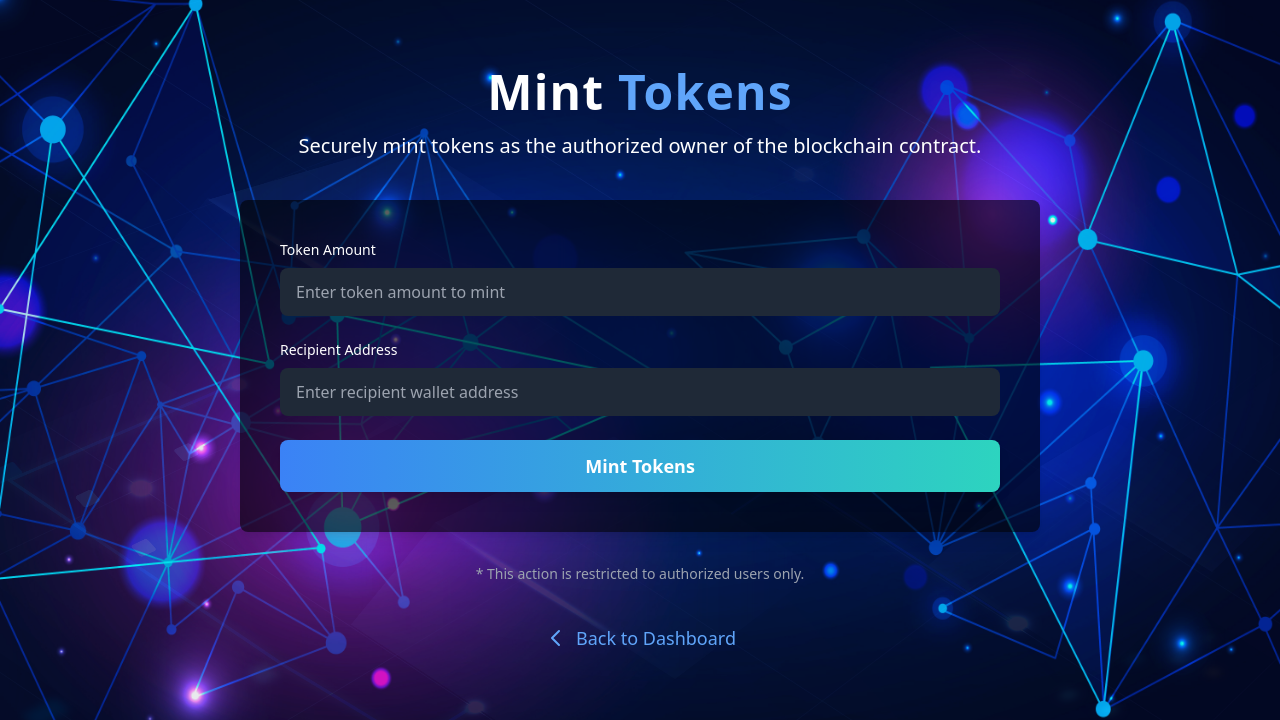
Repository: gloriousnetworker/project-osaa
Page: /mint
These files come from the project's save history. The page is drawn as it stood at one moment and after the next save; the edit follows.
The browser window is 1280 px wide. The pictures show the whole page.
The project was rebuilt for these pictures with package versions that can differ from the ones it lists, and the page was loaded fresh each time. Also part of the build but not shown: vite.config.js, src/pages/Home.jsx, src/pages/Transfer.jsx, src/pages/Balance.jsx.

Above is the page before, as saved 2025-01-18 08:45:12.

After the next save:
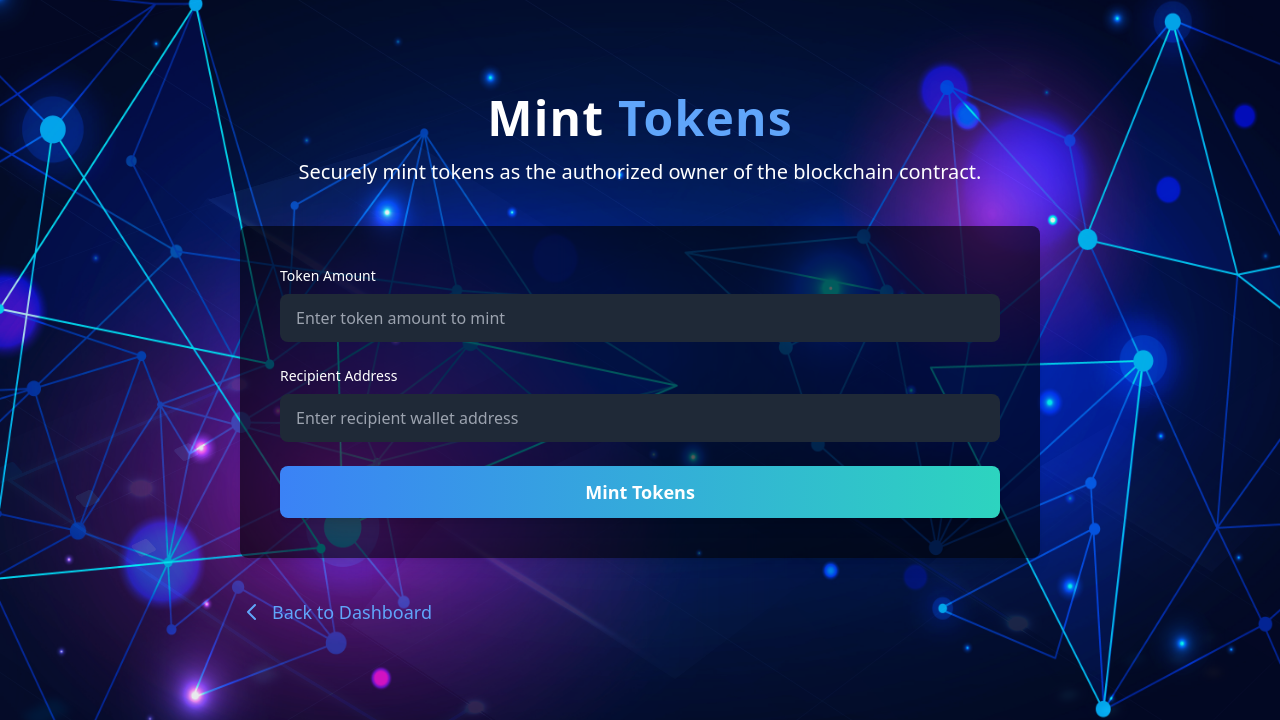
Saved 2 min 0 s later.
--- a/src/pages/Mint.jsx
+++ b/src/pages/Mint.jsx
@@ -1,39 +1,33 @@
 import React, { useState } from "react";
 import { toast, ToastContainer } from "react-toastify";
 import "react-toastify/dist/ReactToastify.css";
-import { useRouter } from "next/router"; // If you're using Next.js for navigation
+import { useRouter } from "next/router";
 
 const MintTokens = () => {
   const [amount, setAmount] = useState("");
   const [recipient, setRecipient] = useState("");
-  const router = useRouter(); // For navigation back to the dashboard
+  const router = useRouter();
 
   // Handle form submission
   const handleSubmit = (e) => {
     e.preventDefault();
-    console.log("Form submitted");
 
-    // Simulate minting logic (replace with actual blockchain logic)
     if (amount > 0 && recipient) {
-      // Successful minting
+      // Simulate successful minting
       toast.success("Tokens successfully minted!", {
         position: "bottom-right",
-        className: "toast-success",
-        bodyClassName: "toast-body",
         autoClose: 5000,
       });
 
-      // Reset form fields after a short delay
+      // Reset the form after a delay
       setTimeout(() => {
         setAmount("");
         setRecipient("");
       }, 5000);
     } else {
-      // Failure
+      // Show error toast
       toast.error("Failed to mint tokens. Check your inputs.", {
         position: "bottom-right",
-        className: "toast-error",
-        bodyClassName: "toast-body",
         autoClose: 5000,
       });
     }
@@ -41,12 +35,12 @@
 
   return (
     <div className="min-h-screen flex flex-col items-center justify-center bg-animation relative">
-      {/* Overlay for readability */}
+      {/* Background Overlay */}
       <div className="absolute top-0 left-0 w-full h-full bg-black bg-opacity-50 -z-10"></div>
 
       {/* Content Section */}
       <div className="z-10 text-center text-white px-6 lg:px-12 max-w-4xl w-full">
-        {/* Page Header */}
+        {/* Header */}
         <h1 className="text-4xl lg:text-5xl font-bold tracking-wide mb-4">
           Mint <span className="text-blue-400">Tokens</span>
         </h1>
@@ -56,8 +50,8 @@
 
         {/* Mint Form */}
         <form
+          onSubmit={handleSubmit}
           className="bg-black bg-opacity-60 p-6 lg:p-10 rounded-lg shadow-lg"
-          onSubmit={handleSubmit}
         >
           {/* Token Amount */}
           <div className="mb-6">
@@ -108,37 +102,32 @@
           </button>
         </form>
 
-        {/* Notes Section */}
-        <p className="mt-8 text-sm text-gray-400">
-          * This action is restricted to authorized users only.
-        </p>
+        {/* Back to Dashboard */}
+        <div className="mt-10 text-center">
+          <button
+            onClick={() => router.push("/")} // Replace with your actual dashboard route
+            className="text-blue-400 hover:text-blue-600 flex items-center justify-center space-x-2 text-lg font-medium transition"
+          >
+            <svg
+              xmlns="http://www.w3.org/2000/svg"
+              fill="none"
+              viewBox="0 0 24 24"
+              strokeWidth={2}
+              stroke="currentColor"
+              className="w-6 h-6"
+            >
+              <path
+                strokeLinecap="round"
+                strokeLinejoin="round"
+                d="M15 19l-7-7 7-7"
+              />
+            </svg>
+            <span>Back to Dashboard</span>
+          </button>
+        </div>
       </div>
 
-      {/* Back to Dashboard */}
-      <div className="mt-10 z-10 text-center">
-        <button
-          onClick={() => router.push("/")} // Replace '/' with the dashboard route if different
-          className="text-blue-400 hover:text-blue-600 flex items-center justify-center space-x-2 text-lg font-medium transition"
-        >
-          <svg
-            xmlns="http://www.w3.org/2000/svg"
-            fill="none"
-            viewBox="0 0 24 24"
-            strokeWidth={2}
-            stroke="currentColor"
-            className="w-6 h-6"
-          >
-            <path
-              strokeLinecap="round"
-              strokeLinejoin="round"
-              d="M15 19l-7-7 7-7"
-            />
-          </svg>
-          <span>Back to Dashboard</span>
-        </button>
-      </div>
-
-      {/* Toastr Container */}
+      {/* Toast Container */}
       <ToastContainer
         position="bottom-right"
         autoClose={5000}
@@ -150,7 +139,6 @@
         draggable
         pauseOnHover
         theme="dark"
-        className="z-50"
       />
     </div>
   );

After the save that followed:
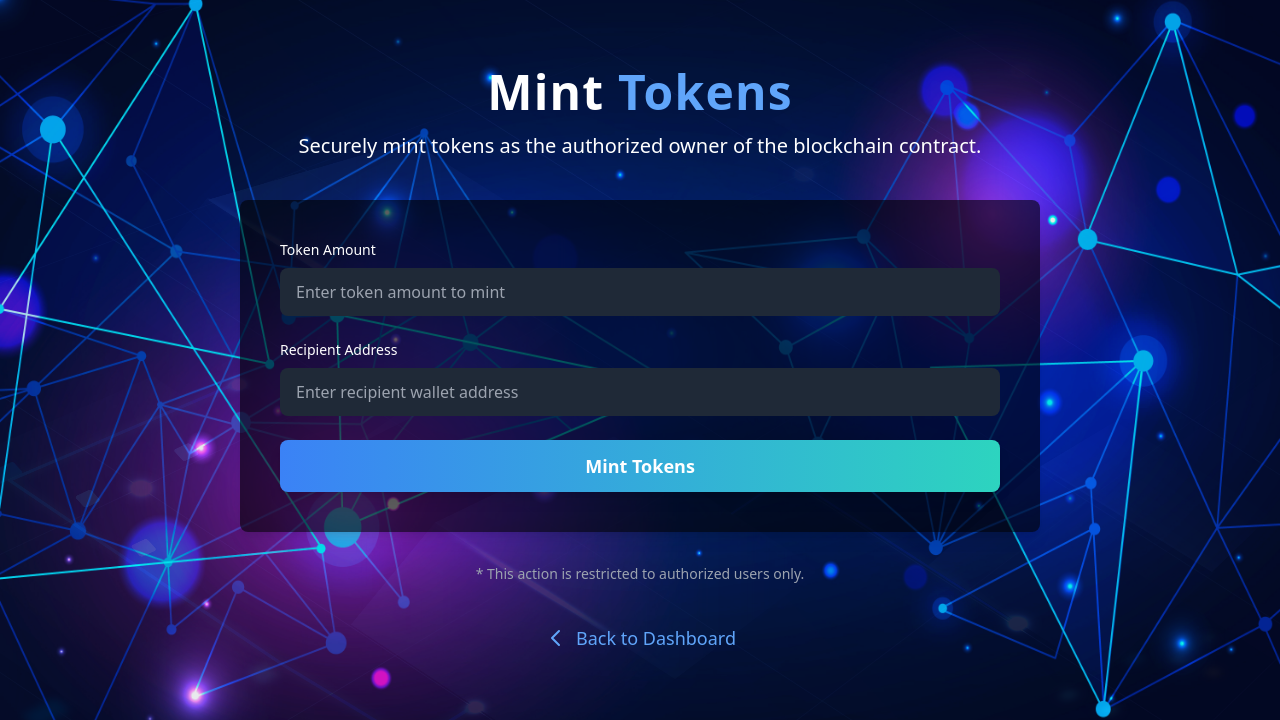
Saved 12 s later.
--- a/src/pages/Mint.jsx
+++ b/src/pages/Mint.jsx
@@ -1,33 +1,39 @@
 import React, { useState } from "react";
 import { toast, ToastContainer } from "react-toastify";
 import "react-toastify/dist/ReactToastify.css";
-import { useRouter } from "next/router";
+import { useRouter } from "next/router"; // If you're using Next.js for navigation
 
 const MintTokens = () => {
   const [amount, setAmount] = useState("");
   const [recipient, setRecipient] = useState("");
-  const router = useRouter();
+  const router = useRouter(); // For navigation back to the dashboard
 
   // Handle form submission
   const handleSubmit = (e) => {
     e.preventDefault();
+    console.log("Form submitted");
 
+    // Simulate minting logic (replace with actual blockchain logic)
     if (amount > 0 && recipient) {
-      // Simulate successful minting
+      // Successful minting
       toast.success("Tokens successfully minted!", {
         position: "bottom-right",
+        className: "toast-success",
+        bodyClassName: "toast-body",
         autoClose: 5000,
       });
 
-      // Reset the form after a delay
+      // Reset form fields after a short delay
       setTimeout(() => {
         setAmount("");
         setRecipient("");
       }, 5000);
     } else {
-      // Show error toast
+      // Failure
       toast.error("Failed to mint tokens. Check your inputs.", {
         position: "bottom-right",
+        className: "toast-error",
+        bodyClassName: "toast-body",
         autoClose: 5000,
       });
     }
@@ -35,12 +41,12 @@
 
   return (
     <div className="min-h-screen flex flex-col items-center justify-center bg-animation relative">
-      {/* Background Overlay */}
+      {/* Overlay for readability */}
       <div className="absolute top-0 left-0 w-full h-full bg-black bg-opacity-50 -z-10"></div>
 
       {/* Content Section */}
       <div className="z-10 text-center text-white px-6 lg:px-12 max-w-4xl w-full">
-        {/* Header */}
+        {/* Page Header */}
         <h1 className="text-4xl lg:text-5xl font-bold tracking-wide mb-4">
           Mint <span className="text-blue-400">Tokens</span>
         </h1>
@@ -50,8 +56,8 @@
 
         {/* Mint Form */}
         <form
+          className="bg-black bg-opacity-60 p-6 lg:p-10 rounded-lg shadow-lg"
           onSubmit={handleSubmit}
-          className="bg-black bg-opacity-60 p-6 lg:p-10 rounded-lg shadow-lg"
         >
           {/* Token Amount */}
           <div className="mb-6">
@@ -102,32 +108,37 @@
           </button>
         </form>
 
-        {/* Back to Dashboard */}
-        <div className="mt-10 text-center">
-          <button
-            onClick={() => router.push("/")} // Replace with your actual dashboard route
-            className="text-blue-400 hover:text-blue-600 flex items-center justify-center space-x-2 text-lg font-medium transition"
-          >
-            <svg
-              xmlns="http://www.w3.org/2000/svg"
-              fill="none"
-              viewBox="0 0 24 24"
-              strokeWidth={2}
-              stroke="currentColor"
-              className="w-6 h-6"
-            >
-              <path
-                strokeLinecap="round"
-                strokeLinejoin="round"
-                d="M15 19l-7-7 7-7"
-              />
-            </svg>
-            <span>Back to Dashboard</span>
-          </button>
-        </div>
+        {/* Notes Section */}
+        <p className="mt-8 text-sm text-gray-400">
+          * This action is restricted to authorized users only.
+        </p>
       </div>
 
-      {/* Toast Container */}
+      {/* Back to Dashboard */}
+      <div className="mt-10 z-10 text-center">
+        <button
+          onClick={() => router.push("/")} // Replace '/' with the dashboard route if different
+          className="text-blue-400 hover:text-blue-600 flex items-center justify-center space-x-2 text-lg font-medium transition"
+        >
+          <svg
+            xmlns="http://www.w3.org/2000/svg"
+            fill="none"
+            viewBox="0 0 24 24"
+            strokeWidth={2}
+            stroke="currentColor"
+            className="w-6 h-6"
+          >
+            <path
+              strokeLinecap="round"
+              strokeLinejoin="round"
+              d="M15 19l-7-7 7-7"
+            />
+          </svg>
+          <span>Back to Dashboard</span>
+        </button>
+      </div>
+
+      {/* Toastr Container */}
       <ToastContainer
         position="bottom-right"
         autoClose={5000}
@@ -139,6 +150,7 @@
         draggable
         pauseOnHover
         theme="dark"
+        className="z-50"
       />
     </div>
   );
